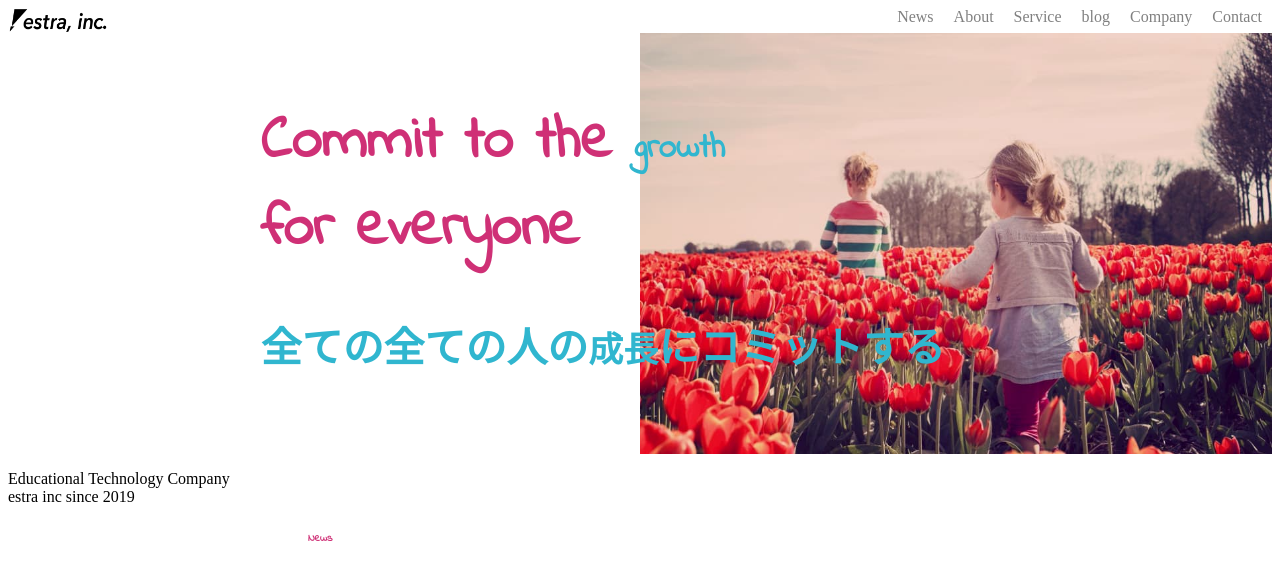
Repository: sigemasaasuka/20210902
Page: index.html
The author's editor kept a copy of each file at every save. The page is drawn from the files as they stood at one save, then again after the next save.
The browser window is 1280 px wide. The pictures show the whole page.

Above is the page before, as saved 2021-09-08 17:28:36.

### index.html
<!DOCTYPE html>
<html lang="ja">

<head>
  <meta charset="UTF-8">
  <meta name="viewport" content="width=device-width, initial-scale=1.0">
  <title>Document</title>
  <link rel="stylesheet" href="css/style.css">
  <link rel="preconnect" href="https://fonts.googleapis.com">
  <link rel="preconnect" href="https://fonts.gstatic.com" crossorigin>
  <link href="https://fonts.googleapis.com/css2?family=Indie+Flower&display=swap" rel="stylesheet">
</head>

<body>
  <div class="flex">
    <img src="img/img/estra_logo.png" alt="estra_logo" width="100px" height="25px">
    <div class="parent">
      <div class="child">News</div>
      <div class="child">About</div>
      <div class="child">Service</div>
      <div class="child">blog</div>
      <div class="child">Company</div>
      <div class="child">Contact</div>

    </div>
  </div>
  <div class="relative">
    <img class="relative__img" src="img/img/firstview.jpg" alt="firstview">
    <div class="example">
      <h1>Commit to the <span class="document"> growth</span> <br>for everyone</h1>
      <div class="example-txt">
        <h3>全ての全ての人の<span class="document-txt">成長</span>にコミットする</h3>
      </div>
    </div>
    <p class="subtitle">Educational Technology Company<br>estra inc since 2019</p>
    <div class="smlltitle">
    <h6>News</h6>
    </div>
   </div>
　</div>

</body>

</html>

### css/style.css
.img {
  text-align: left;
}

.parent {
  display: flex;
  text-align: right;
  color: gray;
}

.child {
  margin: 0 10px;
}
.flex {
  display: flex;
  justify-content: space-between;
}

.relative {
  position: relative;
}

.relative__img {
  margin: 0 0 0 auto;
  display: block;
  width: 50%;
}

.example {
  position: absolute;
  top: 5%;
  left: 20%;
  font-size: 30px;
  color: #cf3076;
  font-family: "Indie Flower", cursive;
}

.document {
  top: 5%;
  left: 10%;
  font-size: 35px;
  color: #30b6cf;
  font-family: "Indie Flower", cursive;
}

.example-txt {
  top: 5%;
  left: 10%;
  font-size: 35px;
  color: #30b6cf;
  font-family: "Indie Flower", cursive;
}

.document-txt {
  top: 5%;
  left: 10%;
  font-size: 35px;
  color: #30b6cf;
  font-family: "Indie Flower", cursive;
}
}

.subtitle {
  margin: 0px 300px;
  color: gray;
}

.smlltitle {
  color: #cf3076;
  font-family: "Indie Flower", cursive;
  margin-left: 300px;
}

After the next save:
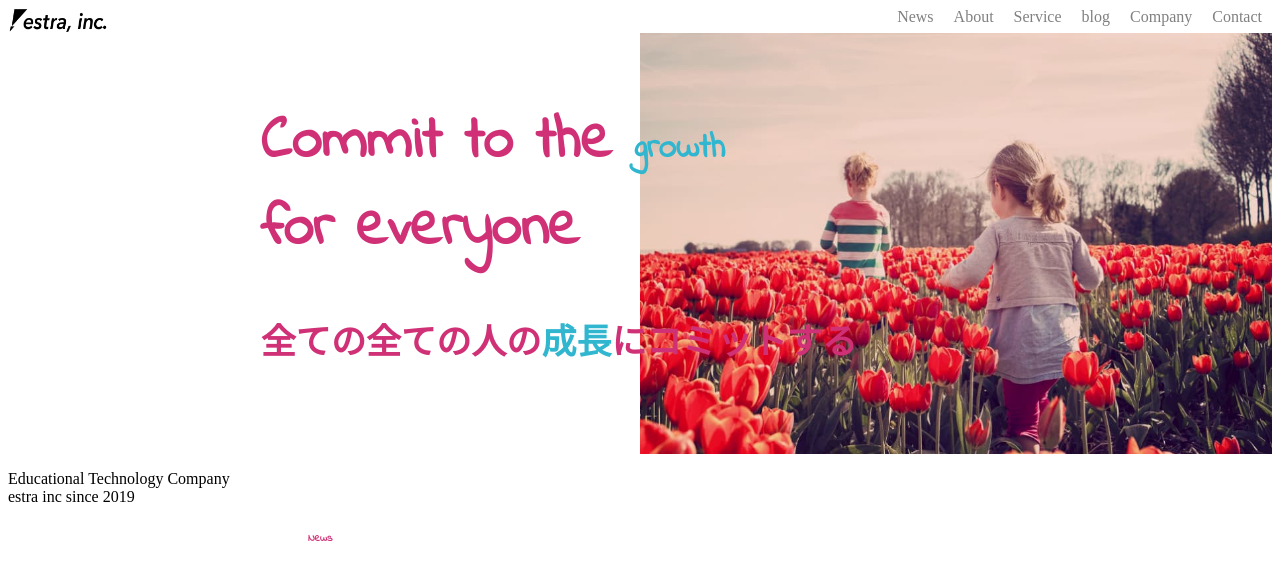
Saved 4 s later.
--- a/css/style.css
+++ b/css/style.css
@@ -44,11 +44,7 @@
 }
 
 .example-txt {
-  top: 5%;
-  left: 10%;
-  font-size: 35px;
-  color: #30b6cf;
-  font-family: "Indie Flower", cursive;
+
 }
 
 .document-txt {
